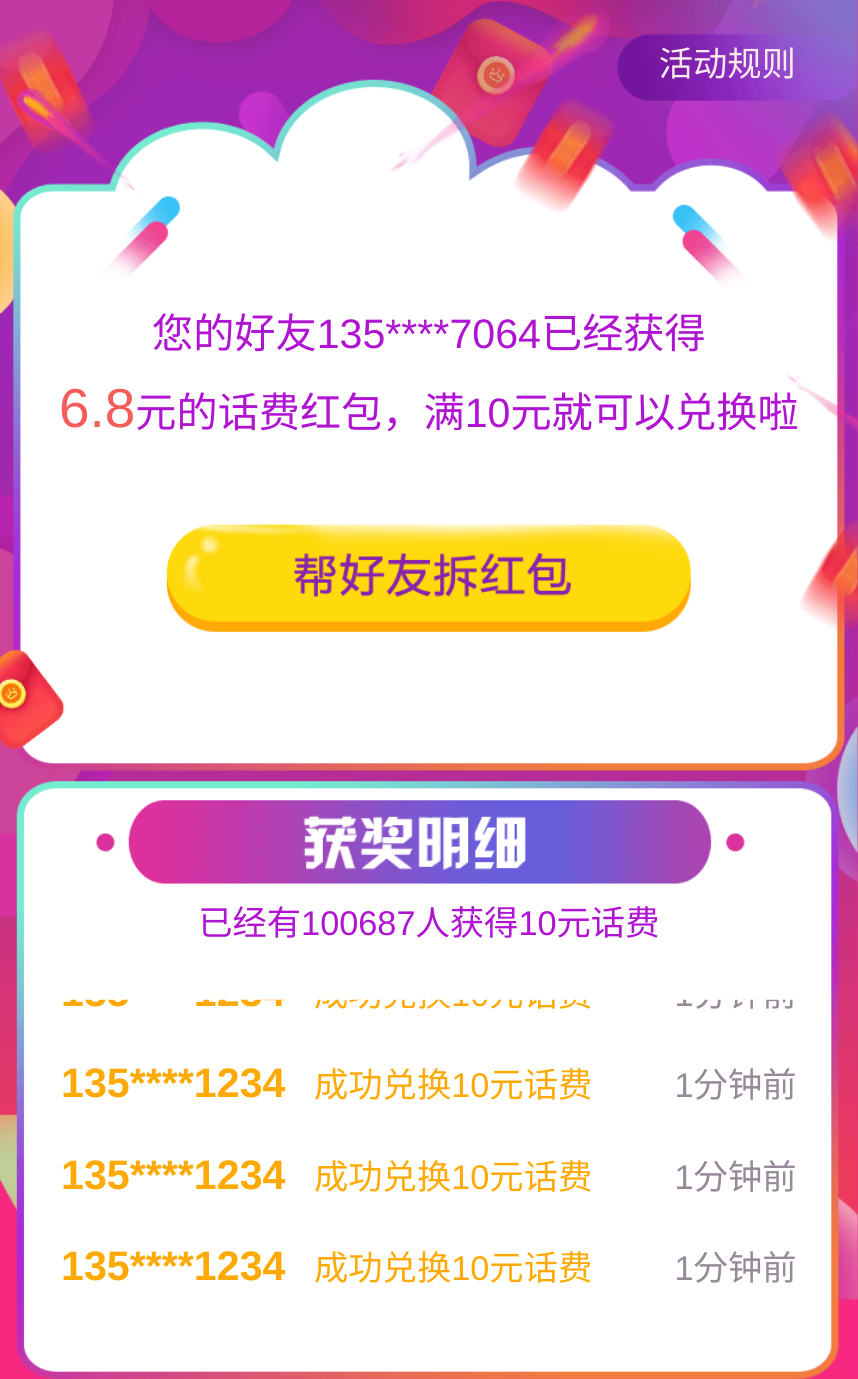
Repository: wangbiaozy/hb
Page: index_hjmx.html
These files come from the project's save history. The page is drawn as it stood at one moment and after the next save; the edit follows.
The browser window is 1280 px wide. The pictures show the whole page, at 67% of full size.
The style sheet was rebuilt from its Sass, Less or Tailwind sources for each picture, by a compiler version that may differ from the author's.

Above is the page before, as saved 2018-08-17 17:45:29.

After the next save:
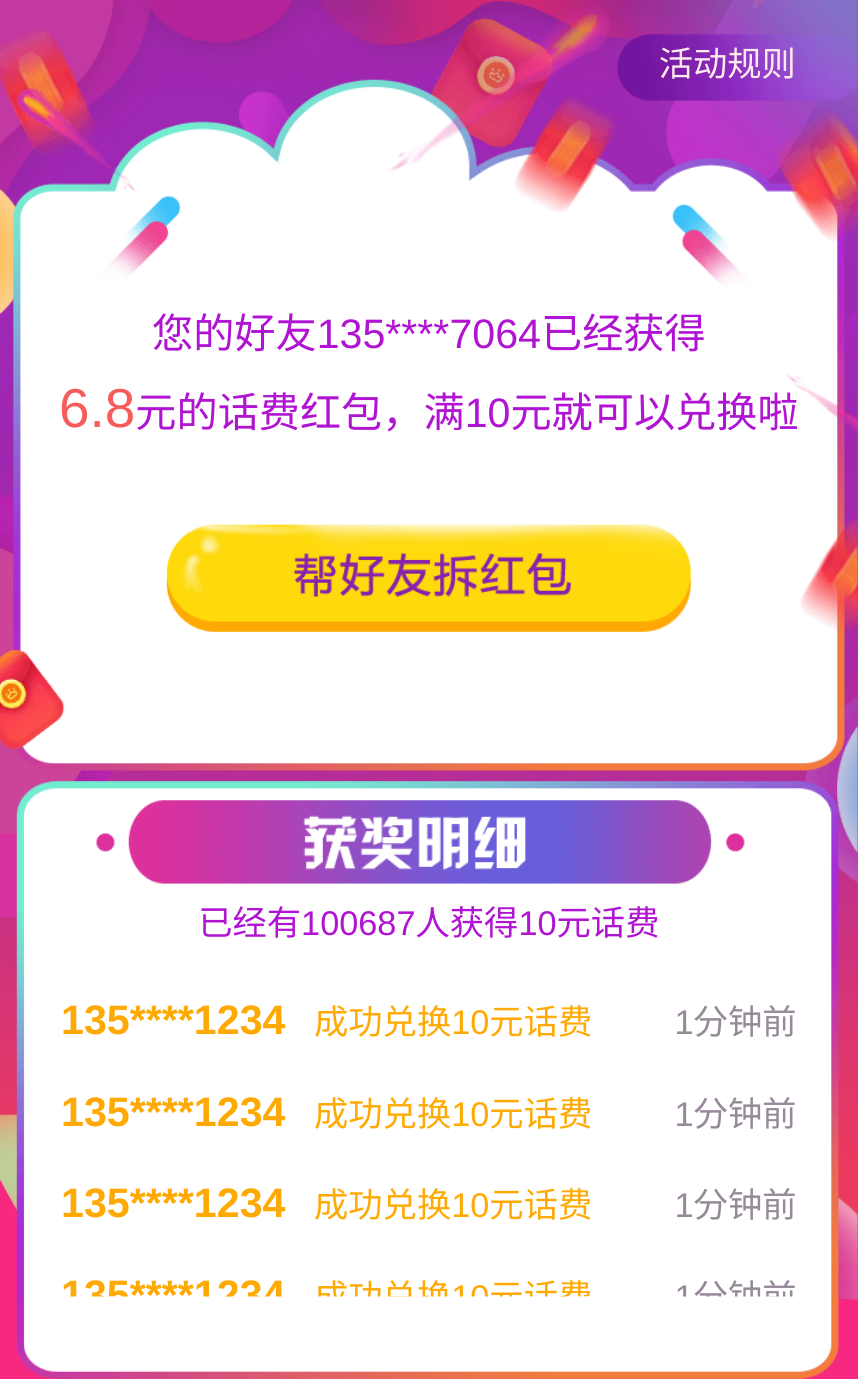
Console error: ReferenceError: ClipboardJS is not defined
Saved 55 s later.
--- a/index_hjmx.html
+++ b/index_hjmx.html
@@ -76,5 +76,4 @@
 </body>
 </html>
 <script src="js/jquery-1.10.1.min.js"></script>
-<script src="js/clipboard.min.js"></script>
 <script src="js/index.js"></script>

After the 4 saves that followed:
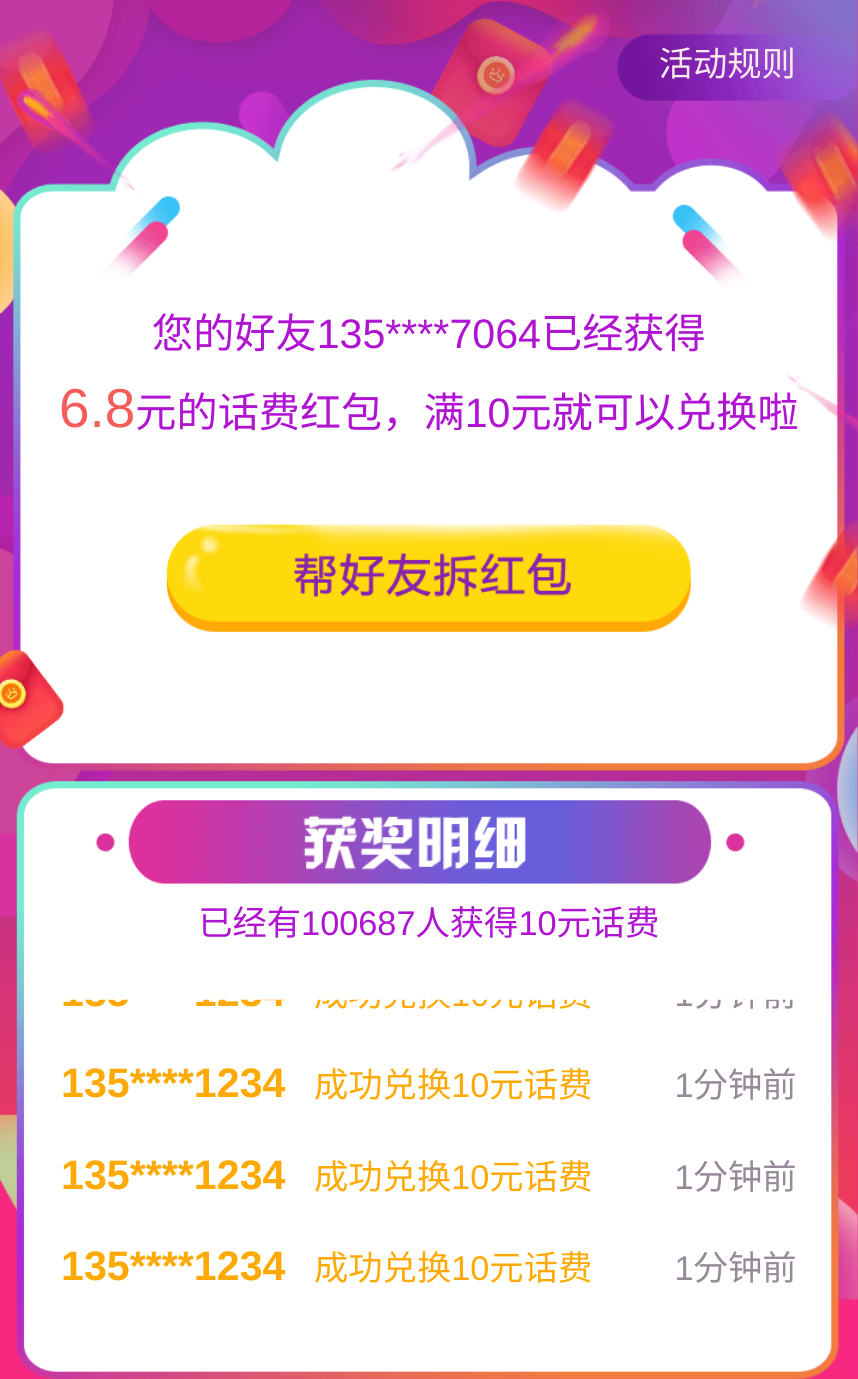
The error is gone.
The 4 saves are shown as one change because 3 left the picture as it was.
The last was saved 3 min 33 s later.
--- a/js/index.js
+++ b/js/index.js
@@ -17,14 +17,19 @@ $(function () {
         $('.copy_btn').attr('data-clipboard-text',$('.code_text').text());
     })();
     //复制激活码
-    var clipboard = new ClipboardJS('.copy_btn');
-    clipboard.on('success', function(e) {
-        //粘贴
-        var text = e.text;
-        $('.paste_btn').on('click',function(){
-            $('.paste_text').val(e.text);
-        });
-    });
+    (function(){
+        if(clipboard){
+            var clipboard = new ClipboardJS('.copy_btn');
+            clipboard.on('success', function(e) {
+                //粘贴
+                var text = e.text;
+                $('.paste_btn').on('click',function(){
+                    $('.paste_text').val(e.text);
+                });
+            });
+        }
+    })();
+
     //余额大于10元激活兑换按钮
     (function(){
         var money = parseFloat($('.money').text());
